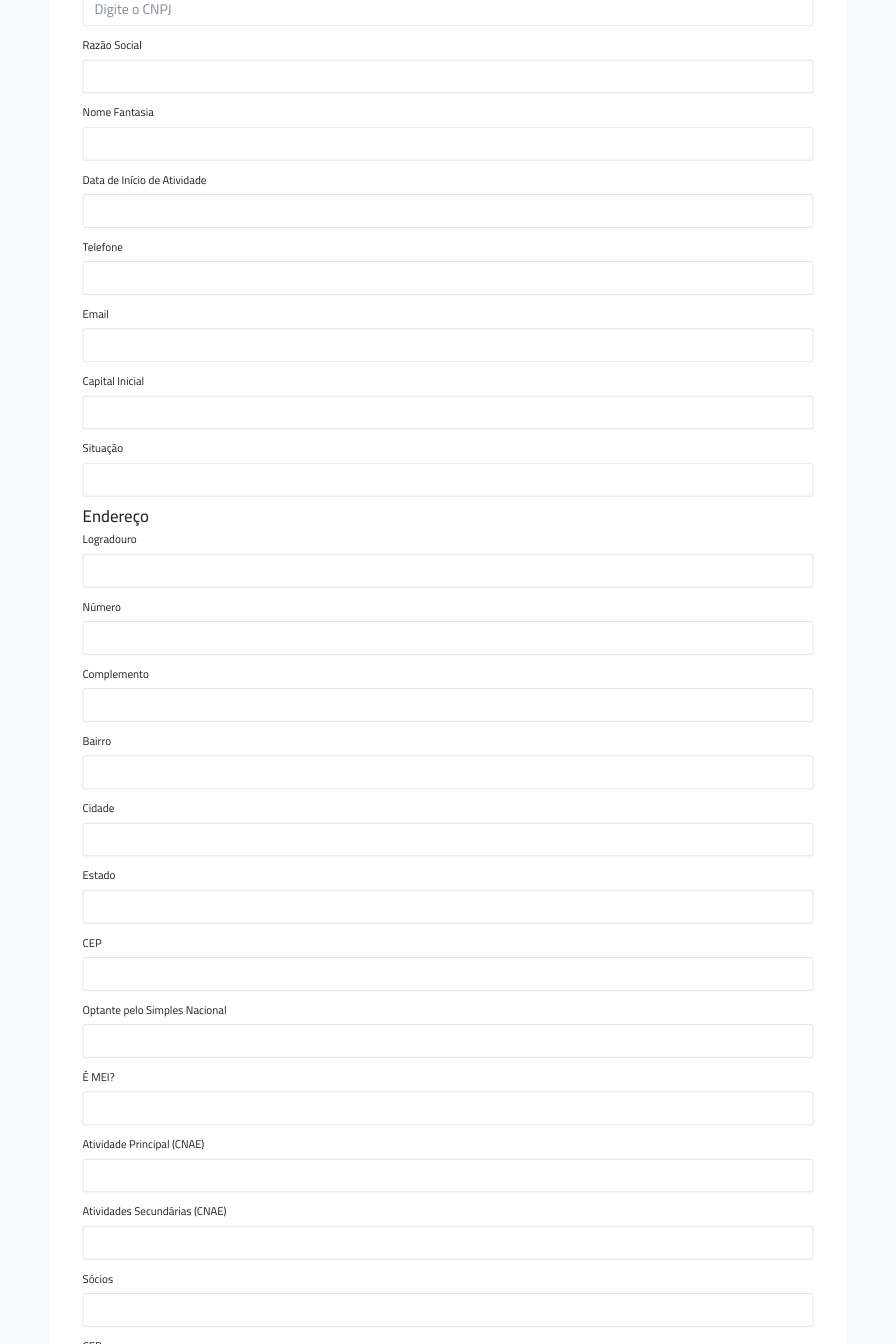
Repository: SkyTeam-Dev/Outlet_Site
Page: Site/Template_Page.html
These files come from the project's save history. The page is drawn as it stood at one moment and after the next save; the edit follows.
The browser window is 1280 px wide. The pictures show the part of the page from y = 706 to 2626 px (the page is 3313 px tall before and 1647 px after), at 70% of full size.
Some web libraries are served in a nearby version.

Above is the page before, as saved 2025-03-25 18:39:26.

After the next save:
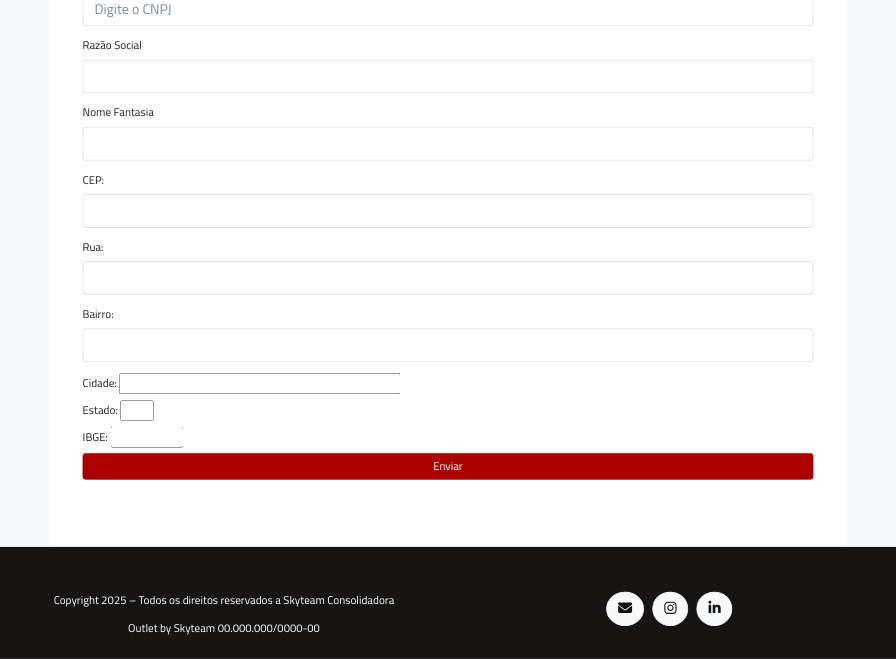
Saved 2 min 55 s later.
--- a/Site/Template_Page.html
+++ b/Site/Template_Page.html
@@ -268,80 +268,13 @@
                                 <div class="form-group">
                                     <label>Nome Fantasia</label>
                                     <input type="text" class="form-control form-control-lg" id="nomeFantasia">
-                                </div>
-                                <div class="form-group">
-                                    <label>Data de Início de Atividade</label>
-                                    <input type="text" class="form-control form-control-lg" id="dataInicio">
-                                </div>
-                                <div class="form-group">
-                                    <label>Telefone</label>
-                                    <input type="text" class="form-control form-control-lg" id="telefone1">
-                                </div>
-                                <div class="form-group">
-                                    <label>Email</label>
-                                    <input type="text" class="form-control form-control-lg" id="email">
-                                </div>
-                                <div class="form-group">
-                                    <label>Capital Inicial</label>
-                                    <input type="text" class="form-control form-control-lg" id="capitalSocial">
-                                </div>
-                                <div class="form-group">
-                                    <label>Situação</label>
-                                    <input type="text" class="form-control form-control-lg" id="situacao">
-                                </div>
-
-                                <h4>Endereço</h4>
-                                <div class="form-group">
-                                    <label>Logradouro</label>
-                                    <input type="text" class="form-control form-control-lg" id="logradouro">
-                                </div>
-                                <div class="form-group">
-                                    <label>Número</label>
-                                    <input type="text" class="form-control form-control-lg" id="numero">
-                                </div>
-                                <div class="form-group">
-                                    <label>Complemento</label>
-                                    <input type="text" class="form-control form-control-lg" id="complemento">
-                                </div>
-                                <div class="form-group">
-                                    <label>Bairro</label>
-                                    <input type="text" class="form-control form-control-lg" id="bairro">
-                                </div>
-                                <div class="form-group">
-                                    <label>Cidade</label>
-                                    <input type="text" class="form-control form-control-lg" id="municipio">
-                                </div>
-                                <div class="form-group">
-                                    <label>Estado</label>
-                                    <input type="text" class="form-control form-control-lg" id="uf">
-                                </div>
-                                <div class="form-group">
-                                    <label>CEP</label>
-                                    <input type="text" class="form-control form-control-lg" id="cep">
-                                </div>
-                                <div class="form-group">
-                                    <label>Optante pelo Simples Nacional</label>
-                                    <input type="text" class="form-control form-control-lg" id="simples">
-                                </div>
-                                <div class="form-group">
-                                    <label>É MEI?</label>
-                                    <input type="text" class="form-control form-control-lg" id="mei">
-                                </div>
-                                <div class="form-group">
-                                    <label>Atividade Principal (CNAE)</label>
-                                    <input type="text" class="form-control form-control-lg" id="atividadePrincipal">
-                                </div>
-                                <div class="form-group">
-                                    <label>Atividades Secundárias (CNAE)</label>
-                                    <input type="text" class="form-control form-control-lg" id="atividadesSecundarias">
-                                </div>
-                                <div class="form-group">
-                                    <label>Sócios</label>
-                                    <input type="text" class="form-control form-control-lg" id="socios">
-                                </div>
-
-
-
+                                    <input type="hidden" class="form-control form-control-lg" id="situacao">
+                                    <input type="hidden" class="form-control form-control-lg" id="simples">
+                                    <input type="hidden" class="form-control form-control-lg" id="mei">
+                                    <input type="hidden" class="form-control form-control-lg" id="atividadePrincipal">
+                                    <input type="hidden" class="form-control form-control-lg" id="atividadesSecundarias">
+                                    <input type="hidden" class="form-control form-control-lg" id="socios">
+                                </div>
 
                                 <div class="form-group">
                                     <label>CEP:</label>
